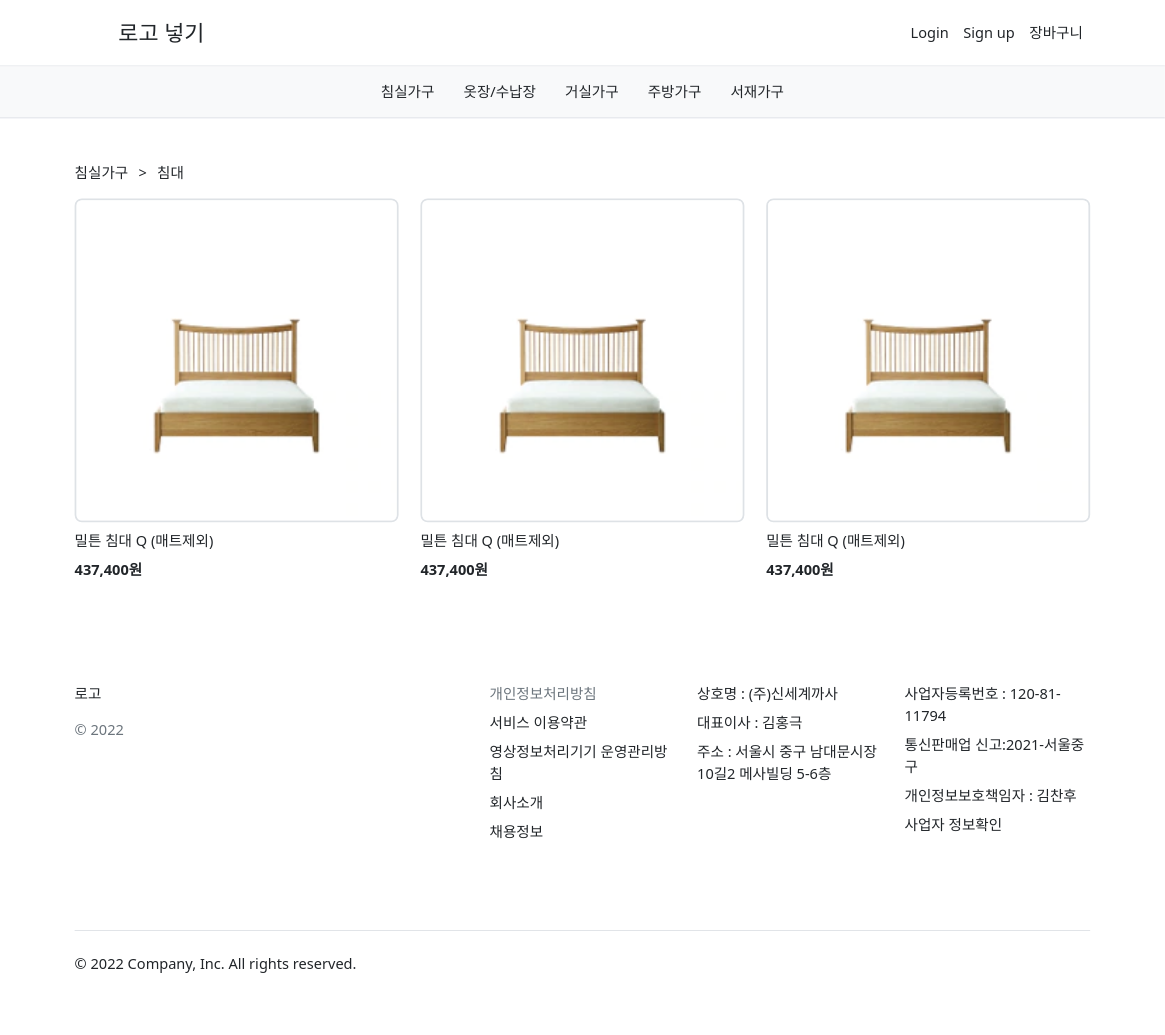
Repository: raoniee/Elice-House-Project
Page: FE/views/pages/main/item-list-page.html
These files come from the project's save history. The page is drawn as it stood at one moment and after the next save; the edit follows.
The browser window is 1280 px wide. The pictures show the whole page, at 91% of full size.

Above is the page before, as saved 2023-07-06 14:18:37.

### FE/views/pages/main/item-list-page.html
<!DOCTYPE html>
<html lang="ko">
  <head>
    <meta charset="UTF-8" />
    <meta http-equiv="X-UA-Compatible" content="IE=edge" />
    <meta name="viewport" content="width=device-width, initial-scale=1.0" />
    <title>Elice-House/item-list</title>
    <link
      href="https://cdn.jsdelivr.net/npm/bootstrap@5.2.3/dist/css/bootstrap.min.css"
      rel="stylesheet"
      integrity="sha384-rbsA2VBKQhggwzxH7pPCaAqO46MgnOM80zW1RWuH61DGLwZJEdK2Kadq2F9CUG65"
      crossorigin="anonymous"
    />
    <!-- header.module.js -->
    <script
      src="../../components/header/header.js"
      type="module"
      defer
    ></script>
    <!-- footer.module.js -->
    <script
      src="../../components/footer/footer.js"
      type="module"
      defer
    ></script>
    <!-- item-list.module.js -->
    <script src="./item-list-page.js" type="module" defer></script>
    <style>
      /* * {
        outline: 1px solid #363;
      } */
    </style>
  </head>
  <body>
    <header class="header">
      <!-- header template로 삽입 -->
    </header>

    <main>
      <div class="container my-5">
        <div
          class="menu_bar d-flex justify-content-between"
          style="width: 120px"
        >
          <!-- menu_bar template로 삽입 -->
        </div>

        <div class="item_list">
          <div class="row row-cols-3">
            <div class="col">
              <div class="item_list_card d-flex flex-column">
                <img
                  class="mb-2 border border-2 rounded-3"
                  src="../../../public/assets/imgs/item-list-card.webp"
                  alt=""
                />
                <span class="item_list_name mb-2">밀튼 침대 Q (매트제외)</span>
                <p class="item_list_price mb-3 fw-bold">437,400원</p>
              </div>
            </div>
            <div class="col">
              <div class="item_list_card d-flex flex-column">
                <img
                  class="mb-2 border border-2 rounded-3"
                  src="../../../public/assets/imgs/item-list-card.webp"
                  alt=""
                />
                <span class="item_list_name mb-2">밀튼 침대 Q (매트제외)</span>
                <p class="item_list_price mb-3 fw-bold">437,400원</p>
              </div>
            </div>
            <div class="col">
              <div class="item_list_card d-flex flex-column">
                <img
                  class="mb-2 border border-2 rounded-3"
                  src="../../../public/assets/imgs/item-list-card.webp"
                  alt=""
                />
                <span class="item_list_name mb-2">밀튼 침대 Q (매트제외)</span>
                <p class="item_list_price mb-3 fw-bold">437,400원</p>
              </div>
            </div>
          </div>
          <!-- item_list_card template로 삽입 -->
        </div>
      </div>
    </main>

    <footer class="footer">
      <!-- footer template로 삽입 -->
    </footer>

    <script
      src="https://cdn.jsdelivr.net/npm/bootstrap@5.2.3/dist/js/bootstrap.bundle.min.js"
      integrity="sha384-kenU1KFdBIe4zVF0s0G1M5b4hcpxyD9F7jL+jjXkk+Q2h455rYXK/7HAuoJl+0I4"
      crossorigin="anonymous"
    ></script>
  </body>
</html>

### FE/views/components/header/header.js
export const drawHeader = () => {
  let headerTemplate = `
  <div class="py-3 border-bottom">
      <div class="container d-flex flex-wrap justify-content-center">
        <a
          href="/"
          class="d-flex align-items-center mb-3 mb-lg-0 me-lg-auto text-dark text-decoration-none"
        >
          <svg class="bi me-2" width="40" height="32">
            <use xlink:href="#bootstrap" />
          </svg>
          <span class="fs-4">로고 넣기</span>
        </a>
        <ul class="nav">
          <li class="nav-item">
            <a href="" class="nav-link link-dark px-2">Login</a>
          </li>
          <li class="nav-item">
            <a href="" class="nav-link link-dark px-2">Sign up</a>
          </li>
          <li class="nav-item">
            <a href="" class="nav-link link-dark px-2">장바구니</a>
          </li>
        </ul>
      </div>
    </div>
    <nav class="py-2 bg-light border-bottom">
      <div class="container">
        <ul class="nav justify-content-center nav-pills">
          <li class="nav-item">
            <div class="dropdown text-end">
              <a
                href="#"
                class="d-block link-dark text-decoration-none nav-link"
                data-bs-toggle="dropdown"
                aria-expanded="false"
                >침실가구
              </a>
              <ul class="dropdown-menu text-small">
                <li><a class="dropdown-item" href="#">침대</a></li>
                <li><a class="dropdown-item" href="#">매트리스/토퍼</a></li>
                <li><a class="dropdown-item" href="#">화장대/콘솔/거울</a></li>
                <li><a class="dropdown-item" href="#">서랍장/협탁</a></li>
              </ul>
            </div>
          </li>
          <li class="nav-item">
            <div class="dropdown text-end">
              <a
                href="#"
                class="d-block link-dark text-decoration-none nav-link"
                data-bs-toggle="dropdown"
                aria-expanded="false"
                >옷장/수납장
              </a>
              <ul class="dropdown-menu text-small">
                <li><a class="dropdown-item" href="#">옷장/붙박이장</a></li>
                <li><a class="dropdown-item" href="#">드레스룸/행거</a></li>
              </ul>
            </div>
          </li>
          <li class="nav-item">
            <div class="dropdown text-end">
              <a
                href="#"
                class="d-block link-dark text-decoration-none nav-link"
                data-bs-toggle="dropdown"
                aria-expanded="false"
                >거실가구
              </a>
              <ul class="dropdown-menu text-small">
                <li><a class="dropdown-item" href="#">소파</a></li>
                <li><a class="dropdown-item" href="#">거실테이블</a></li>
                <li><a class="dropdown-item" href="#">거실장</a></li>
              </ul>
            </div>
          </li>
          <li class="nav-item">
            <div class="dropdown text-end">
              <a
                href="#"
                class="d-block link-dark text-decoration-none nav-link"
                data-bs-toggle="dropdown"
                aria-expanded="false"
                >주방가구
              </a>
              <ul class="dropdown-menu text-small">
                <li><a class="dropdown-item" href="#">식탁/테이블</a></li>
                <li><a class="dropdown-item" href="#">홈바/아일랜드식탁</a></li>
                <li><a class="dropdown-item" href="#">식탁세트</a></li>
              </ul>
            </div>
          </li>
          <li class="nav-item">
            <div class="dropdown text-end">
              <a
                href="#"
                class="d-block link-dark text-decoration-none nav-link"
                data-bs-toggle="dropdown"
                aria-expanded="false"
                >서재가구
              </a>
              <ul class="dropdown-menu text-small">
                <li><a class="dropdown-item" href="#">책상/책장/ACC</a></li>
                <li><a class="dropdown-item" href="#">서재의자</a></li>
              </ul>
            </div>
          </li>
        </ul>
      </div>
    </nav>
    `;
  // .header 부분에 header.html을 삽입
  const headerTag = document.querySelector(".header");
  headerTag.innerHTML = headerTemplate;
};

### FE/views/components/footer/footer.js
export const drawFooter = () => {
  let footerTemplate = `
        <div class="container">
      <div class="row py-5">
        <div class="col mb-3">
          <a
            href="/"
            class="d-flex align-items-center mb-3 link-dark text-decoration-none"
          >
            로고
          </a>
          <p class="text-muted">&copy; 2022</p>
        </div>

        <div class="col mb-3"></div>

        <div class="col mb-3">
          <ul class="nav flex-column">
            <li class="nav-item mb-2 text-muted">개인정보처리방침</li>
            <li class="nav-item mb-2">서비스 이용약관</li>
            <li class="nav-item mb-2">영상정보처리기기 운영관리방침</li>
            <li class="nav-item mb-2">회사소개</li>
            <li class="nav-item mb-2">채용정보</li>
          </ul>
        </div>

        <div class="col mb-3">
          <ul class="nav flex-column">
            <li class="nav-item mb-2">상호명 : (주)신세계까사</li>
            <li class="nav-item mb-2">대표이사 : 김홍극</li>
            <li class="nav-item mb-2">
              주소 : 서울시 중구 남대문시장10길2 메사빌딩 5-6층
            </li>
          </ul>
        </div>

        <div class="col mb-3">
          <ul class="nav flex-column">
            <li class="nav-item mb-2">사업자등록번호 : 120-81-11794</li>
            <li class="nav-item mb-2">통신판매업 신고:2021-서울중구</li>
            <li class="nav-item mb-2">개인정보보호책임자 : 김찬후</li>
            <li class="nav-item mb-2">사업자 정보확인</li>
          </ul>
        </div>
      </div>
      <div
        class="d-flex flex-column flex-sm-row justify-content-between py-4 my-4 border-top"
      >
        <p>&copy; 2022 Company, Inc. All rights reserved.</p>
        <ul class="list-unstyled d-flex">
          <li class="ms-3">
            <a class="link-dark" href="#"
              ><svg class="bi" width="24" height="24">
                <use xlink:href="#twitter" /></svg
            ></a>
          </li>
          <li class="ms-3">
            <a class="link-dark" href="#"
              ><svg class="bi" width="24" height="24">
                <use xlink:href="#instagram" /></svg
            ></a>
          </li>
          <li class="ms-3">
            <a class="link-dark" href="#"
              ><svg class="bi" width="24" height="24">
                <use xlink:href="#facebook" /></svg
            ></a>
          </li>
        </ul>
      </div>
    </div>
    `;
  // .footer 부분에 footer.html을 삽입
  const footerTag = document.querySelector(".footer");
  footerTag.innerHTML = footerTemplate;
};

### FE/views/pages/main/item-list-page.js
import { drawHeader } from "../../components/header/header.js";
import { drawFooter } from "../../components/footer/footer.js";
import { drawMenubar } from "../../components/menu-bar/menu-bar.js";

// Header, Footer 템플릿 삽입
drawHeader();
drawFooter();

// Menubar 템플릿 삽입
drawMenubar();

### FE/views/components/menu-bar/menu-bar.js
export const drawMenubar = () => {
  let menubarTemplate = `<p class="menu-depth1">침실가구</p>
    <p class="arrow">></p>
    <p class="menu-depth2">침대</p>`;
  // .menu_bar 부분에 menu_bar.html을 삽입
  const menu_barTag = document.querySelector(".menu_bar");
  menu_barTag.innerHTML = menubarTemplate;
};

After the next save:
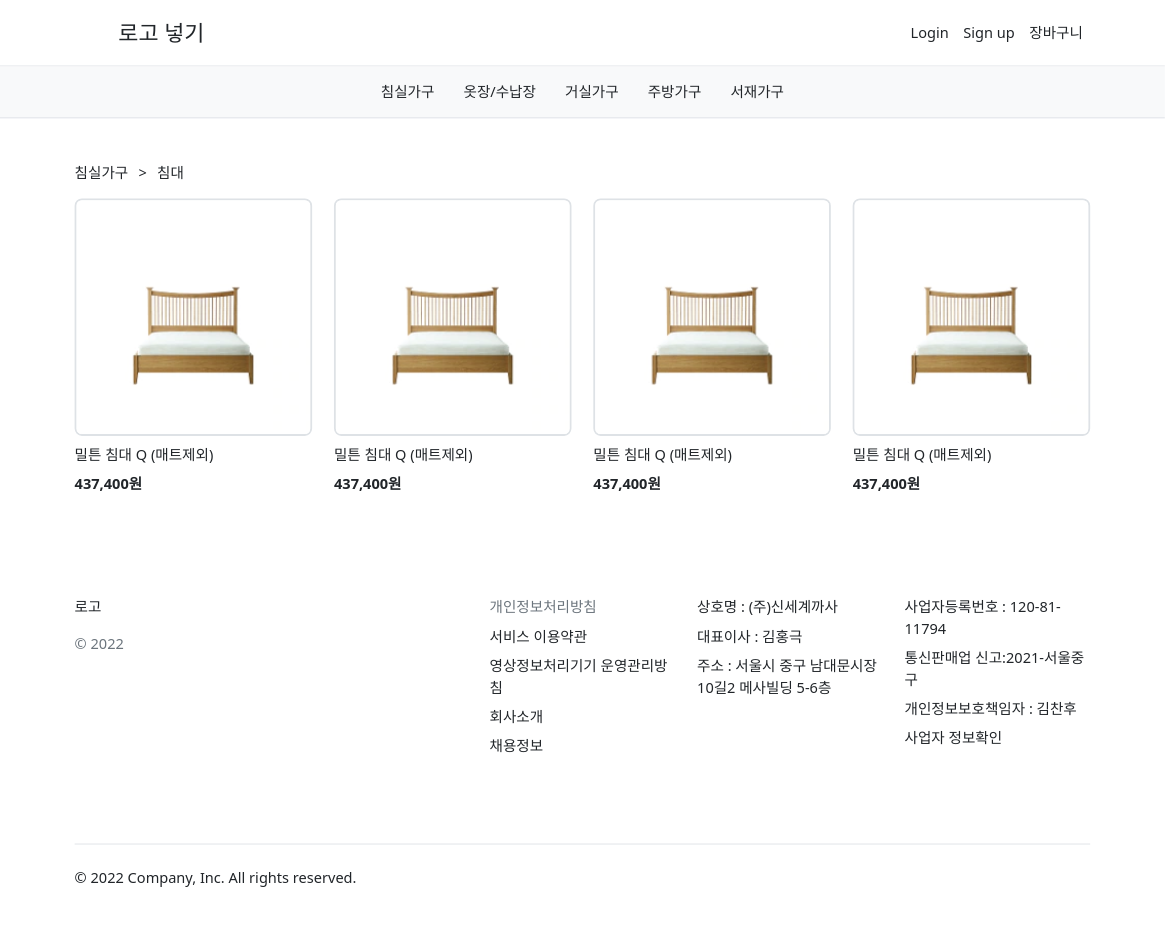
Saved 10 s later.
--- a/FE/views/pages/main/item-list-page.html
+++ b/FE/views/pages/main/item-list-page.html
@@ -46,7 +46,18 @@
         </div>
 
         <div class="item_list">
-          <div class="row row-cols-3">
+          <div class="row row-cols-4">
+            <div class="col">
+              <div class="item_list_card d-flex flex-column">
+                <img
+                  class="mb-2 border border-2 rounded-3"
+                  src="../../../public/assets/imgs/item-list-card.webp"
+                  alt=""
+                />
+                <span class="item_list_name mb-2">밀튼 침대 Q (매트제외)</span>
+                <p class="item_list_price mb-3 fw-bold">437,400원</p>
+              </div>
+            </div>
             <div class="col">
               <div class="item_list_card d-flex flex-column">
                 <img
